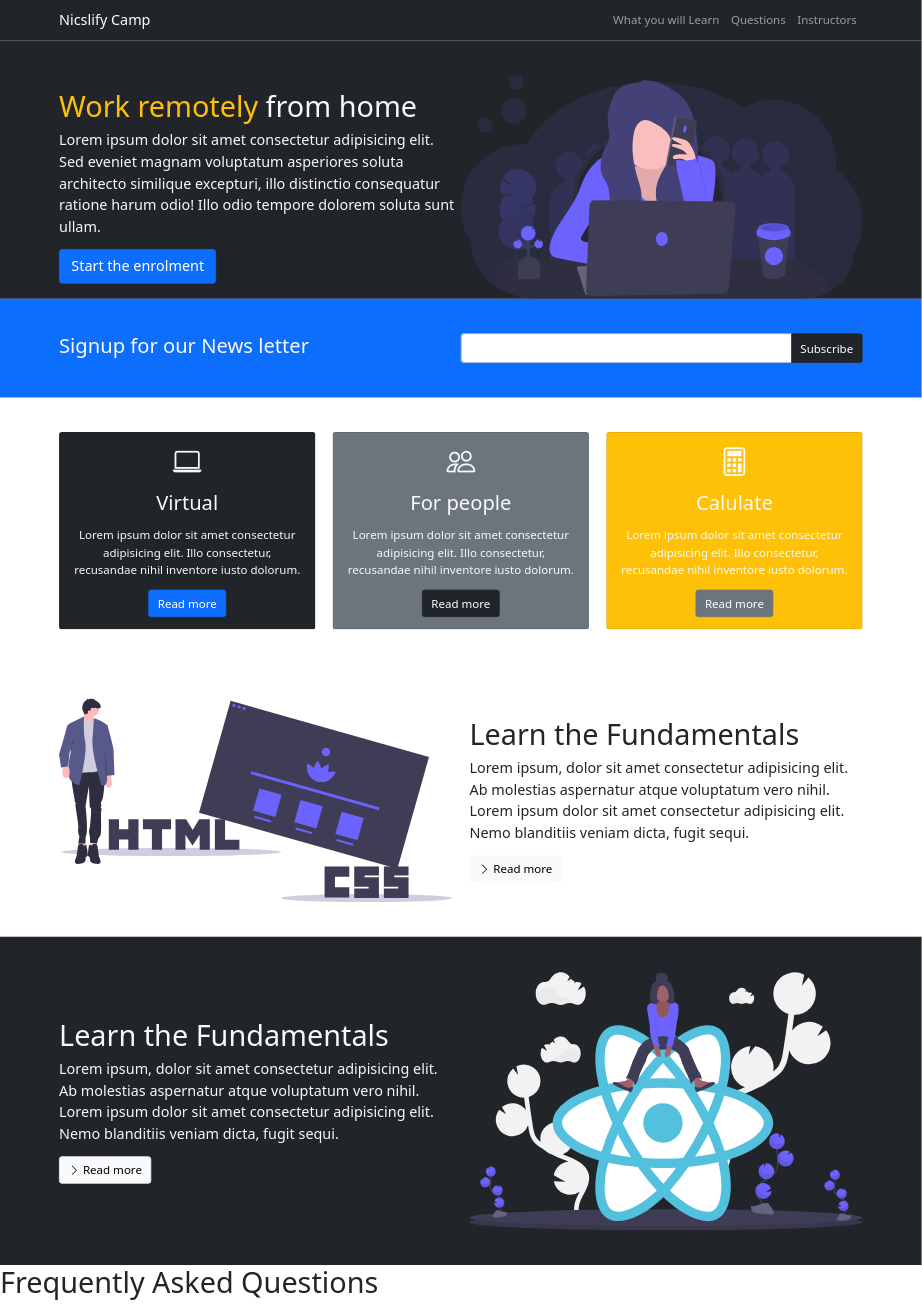
Repository: Eugene44-hub/enrollment-site
Page: index.html
The author's editor kept a copy of each file at every save. The page is drawn from the files as they stood at one save, then again after a run of saves.
The browser window is 1280 px wide. The pictures show the whole page, at 72% of full size.
Some web libraries are served in a nearby version.

Above is the page before, as saved 2021-10-20 14:03:35.

### index.html
<!DOCTYPE html>
<html lang="en">

<head>
    <meta charset="UTF-8">
    <meta http-equiv="X-UA-Compatible" content="IE=edge">
    <meta name="viewport" content="width=device-width, initial-scale=1.0">
    <!-- CSS only -->
    <link href="https://cdn.jsdelivr.net/npm/bootstrap@5.1.3/dist/css/bootstrap.min.css" rel="stylesheet" integrity="sha384-1BmE4kWBq78iYhFldvKuhfTAU6auU8tT94WrHftjDbrCEXSU1oBoqyl2QvZ6jIW3" crossorigin="anonymous">
    <link rel="stylesheet" href="https://cdn.jsdelivr.net/npm/bootstrap-icons@1.6.1/font/bootstrap-icons.css">
    <link rel="stylesheet" href="style.css">
    <title>Bootstrap webpage</title>
</head>

<body>
    <!-- nav bar starts -->
    <nav class="navbar navbar-expand-md bg-dark navbar-dark">
        <div class="container">
            <a href="" class="navbar-brand">Nicslify Camp</a>

            <button class="navbar-toggler" type="button" data-bs-toggle='collapse' data-bs-target="#navmenu">
              <span class="navbar-toggler-icon"></span>
            </button>

            <div class="collapse navbar-collapse" id="navmenu">
                <ul class="navbar-nav ms-auto text-center text-sm-start">
                    <li class="nav-item">
                        <a href="#learn" class="nav-link">What you will Learn</a>
                    </li>
                    <li class="nav-item">
                        <a href="#" class="nav-link">Questions</a>
                    </li>
                    <li class="nav-item">
                        <a href="#" class="nav-link">Instructors</a>
                    </li>
                </ul>
            </div>
        </div>
    </nav>
    <!-- nav bar ends -->


    <!-- showCase starts -->
    <section class="bg-dark text-light text-center text-sm-start p-lg-0 pt-5 pb-5">
        <div class="container">
            <div class="d-md-flex pt-5 align-items-center">
                <div class="">
                    <div class="h1 "><span class="text-warning">Work remotely</span> from home</div>
                    <p class="lead">Lorem ipsum dolor sit amet consectetur adipisicing elit. Sed eveniet magnam voluptatum asperiores soluta architecto similique excepturi, illo distinctio consequatur ratione harum odio! Illo odio tempore dolorem soluta sunt ullam.</p>
                    <button class="btn btn-primary btn-lg ">Start the enrolment</button>
                </div>
                <img src="undraw_working_remotely_jh40.svg" class="img-fluid w-50 d-none d-md-block" alt="">
            </div>
        </div>
    </section>
    <!-- showCase ends -->

    <!-- signup starts -->
    <section class="bg-primary text-light p-5">
        <div class="container">
            <div class="d-md-flex justify-content-between">
                <p class="h3">Signup for our News letter</p>
                <div class="input-group" id="input-field">
                    <input type="text" class="form-control">
                    <button type="button" class="btn btn-dark">Subscribe</button>
                </div>
            </div>
        </div>
    </section>
    <!-- signup ends -->

    <!-- boxes starts -->
    <section class="my-5">
        <div class="container">
            <div class="row g-4">
                <div class="col-md">
                    <div class="card bg-dark text-center text-light ">
                        <div class="card-body">
                            <div class="h1 mb-3"><i class="bi bi-laptop"></i></div>
                            <div class="card-title h3 mb-3">Virtual</div>
                            <div class="card-text">
                                Lorem ipsum dolor sit amet consectetur adipisicing elit. Illo consectetur, recusandae nihil inventore iusto dolorum.
                            </div>
                            <a href="" class="btn btn-primary mt-3">Read more</a>
                        </div>
                    </div>


                </div>
                <div class="col-md">
                    <div class="card bg-secondary text-center text-light ">
                        <div class="card-body">
                            <div class="h1 mb-3"><i class="bi bi-people"></i></div>
                            <div class="card-title h3 mb-3">For people</div>
                            <div class="card-text">
                                Lorem ipsum dolor sit amet consectetur adipisicing elit. Illo consectetur, recusandae nihil inventore iusto dolorum.
                            </div>
                            <a href="" class="btn btn-dark mt-3">Read more</a>
                        </div>
                    </div>
                </div>
                <div class="col-md">
                    <div class="card bg-warning text-center text-light ">
                        <div class="card-body">
                            <div class="h1 mb-3"><i class="bi bi-calculator"></i></div>
                            <div class="card-title h3 mb-3">Calulate</div>
                            <div class="card-text">
                                Lorem ipsum dolor sit amet consectetur adipisicing elit. Illo consectetur, recusandae nihil inventore iusto dolorum.
                            </div>
                            <a href="" class="btn btn-secondary mt-3">Read more</a>
                        </div>
                    </div>
                </div>
            </div>
        </div>
    </section>
    <!-- boxes starts -->

    <!-- learn section starts -->
    <section class="p-5" id=learn>
        <div class="container">
            <div class="row align-items-center">

                <div class="col-md">
                    <img src=" frontend.svg " class="img-fluid">
                </div>



                <div class="col-md mt-5 mt-md-0 ">
                    <h1>Learn the Fundamentals</h1>
                    <p class="lead ">
                        Lorem ipsum, dolor sit amet consectetur adipisicing elit. Ab molestias aspernatur atque voluptatum vero nihil. <br> Lorem ipsum dolor sit amet consectetur adipisicing elit. Nemo blanditiis veniam dicta, fugit sequi.
                    </p>
                    <a href=# class="btn btn-light"><i class="bi bi-chevron-right"></i> Read more</a>
                </div>
            </div>
        </div>
    </section>

    <section class="p-5 bg-dark text-light" id=learn>
        <div class="container">
            <div class="row align-items-center">

                <div class="col-md">
                    <h1>Learn the Fundamentals</h1>
                    <p class="lead ">
                        Lorem ipsum, dolor sit amet consectetur adipisicing elit. Ab molestias aspernatur atque voluptatum vero nihil. <br> Lorem ipsum dolor sit amet consectetur adipisicing elit. Nemo blanditiis veniam dicta, fugit sequi.
                    </p>
                    <a href=# class="btn btn-light"><i class="bi bi-chevron-right"></i> Read more</a>
                </div>

                <div class="col-md   mt-5 mt-md-0 ">
                    <img src=" react.svg " class="img-fluid">
                </div>
            </div>
        </div>
    </section>
    <!-- learn section ends -->

    <!-- Questions starts -->
    <section>
        <div class="container"></div>
        <h1>Frequently Asked Questions</h1>
    </section>
    <!-- Questions ends -->

</body>
<!-- JavaScript Bundle with Popper -->
<script src="https://cdn.jsdelivr.net/npm/bootstrap@5.1.3/dist/js/bootstrap.bundle.min.js " integrity="sha384-ka7Sk0Gln4gmtz2MlQnikT1wXgYsOg+OMhuP+IlRH9sENBO0LRn5q+8nbTov4+1p " crossorigin="anonymous "></script>

</html>

### style.css
@media screen and (min-width:768px) {
    #input-field {
        width: 50%;
    }
}

After the next 3 saves:
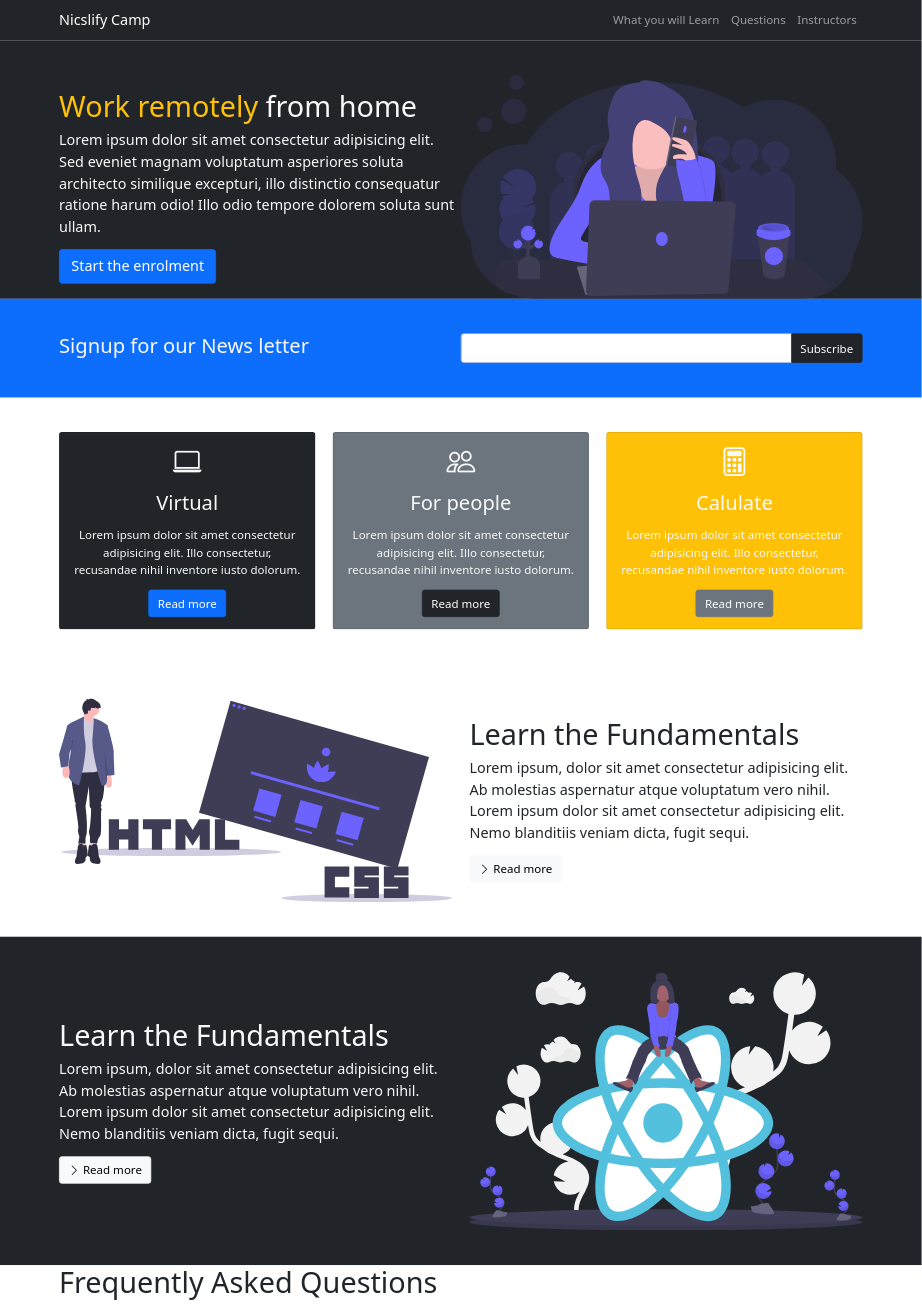
The 3 saves are shown as one change because they came seconds apart.
The last was saved 12 s later.
--- a/index.html
+++ b/index.html
@@ -160,8 +160,10 @@
 
     <!-- Questions starts -->
     <section>
-        <div class="container"></div>
-        <h1>Frequently Asked Questions</h1>
+        <div class="container">
+            <h1>Frequently Asked Questions</h1>
+        </div>
+
     </section>
     <!-- Questions ends -->
 
